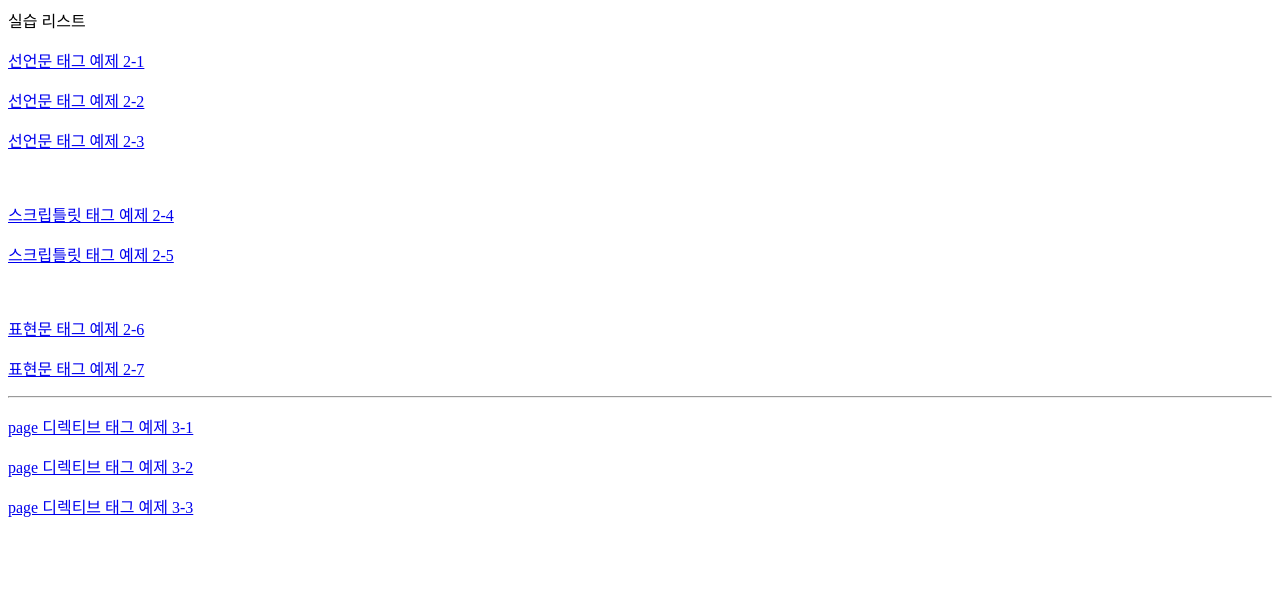
Repository: man332414/myJspStudy
Page: http://localhost/jspbook/
An editor plug-in stored every save of this project. The page is shown before and after the next save, followed by the edit.
The browser window is 1280 px wide. The pictures show the whole page.
The page is served by Tomcat 10. Nobody is signed in. The application's start-up code is not run. Other server files are loaded and not shown.

Above is the page before, as saved 2024-10-08 05:37:18.

### jspbook/src/main/webapp/index.jsp
<%@ page language="java" contentType="text/html; charset=UTF-8"
    pageEncoding="UTF-8"%>
<!DOCTYPE html>
<html>
<head>
<meta charset="UTF-8">
<title>어서와 집이야</title>
</head>
<body>
	실습 리스트
	<p><a href = "2_1"> 선언문 태그 예제 2-1</a></p>
	<p><a href = "2_2"> 선언문 태그 예제 2-2</a></p>
	<p><a href = "2_3"> 선언문 태그 예제 2-3</a></p>
	<br>
	<p><a href = "2_4"> 스크립틀릿 태그 예제 2-4</a></p>
	<p><a href = "2_5"> 스크립틀릿 태그 예제 2-5</a></p>
	<br>
	<p><a href = "2_6"> 표현문 태그 예제 2-6</a></p>
	<p><a href = "2_7"> 표현문 태그 예제 2-7</a></p>
	<hr>
	<p><a href = "3_1"> page 디렉티브 태그 예제 3-1</a></p>
	<p><a href = "3_2"> page 디렉티브 태그 예제 3-2</a></p>
	<p><a href = "3_3"> page 디렉티브 태그 예제 3-3</a></p>

</body>
</html>

After the next save:
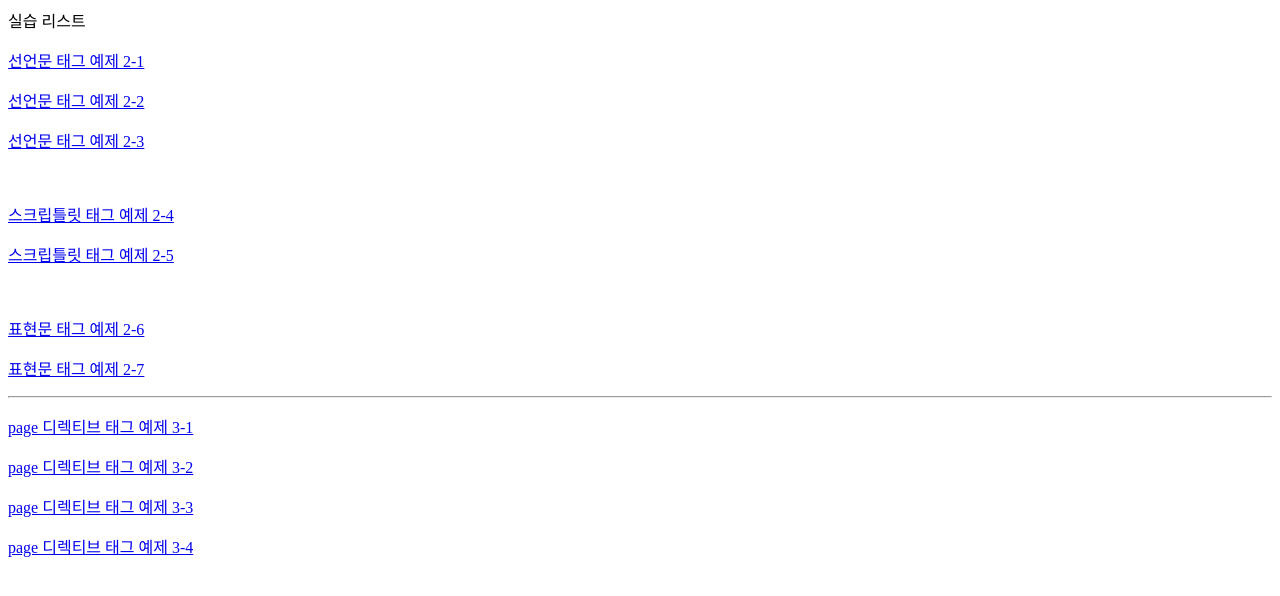
Saved 14 min 52 s later.
--- a/jspbook/src/main/webapp/index.jsp
+++ b/jspbook/src/main/webapp/index.jsp
@@ -21,6 +21,7 @@
 	<p><a href = "3_1"> page 디렉티브 태그 예제 3-1</a></p>
 	<p><a href = "3_2"> page 디렉티브 태그 예제 3-2</a></p>
 	<p><a href = "3_3"> page 디렉티브 태그 예제 3-3</a></p>
+	<p><a href = "3_4"> page 디렉티브 태그 예제 3-4</a></p>
 
 </body>
 </html>
